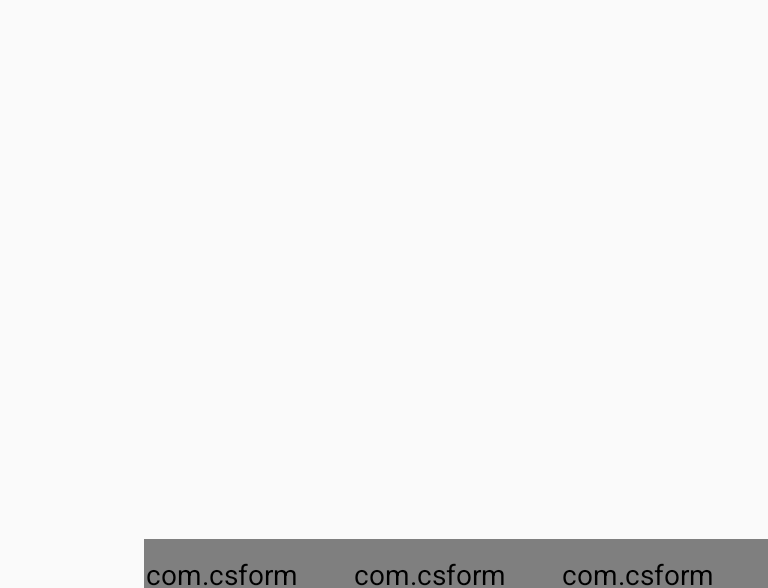
Repository: bhutenthinlay/CrimeHere
Layout: UIAppTemplate/res/layout/list_item_default.xml
The author's editor kept a copy of each file at every save. The layout is drawn from the files as they stood at one save, then again after the next save.
The pictures show rows 0 to 588 of an output 1280 px tall.
Pictures or frames that could not be fetched are drawn as grey boxes. It is drawn on a 768 x 1280 px phone screen (xhdpi) without system bars, with theme AppTheme; the app's code is not run.

Above is the layout before, as saved 2015-05-15 14:29:55.

After the next save:
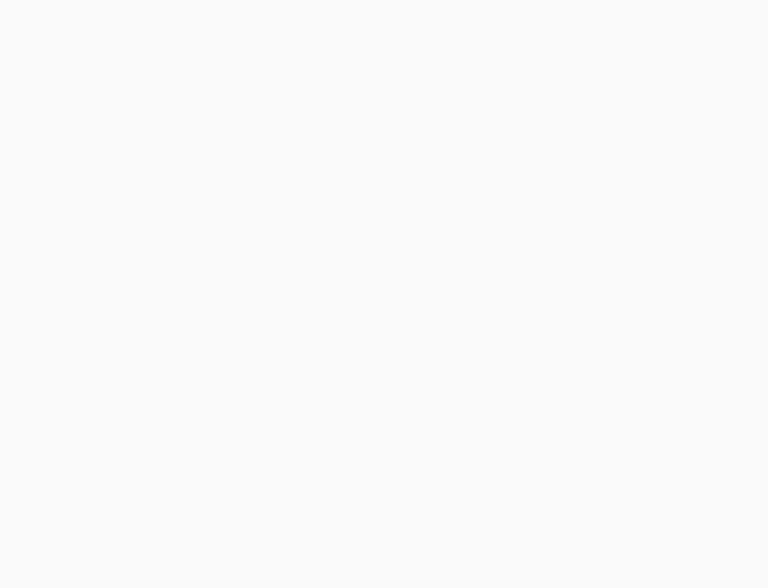
Saved 7 min 8 s later.
--- a/UIAppTemplate/res/layout/list_item_default.xml
+++ b/UIAppTemplate/res/layout/list_item_default.xml
@@ -7,6 +7,13 @@
     android:orientation="horizontal"
     android:background="@drawable/selector_background_empty" >
 
+    <com.csform.android.uiapptemplate.font.FontelloTextView
+            android:id="@+id/icon"
+            style="@style/TextViewAppearance.Title1"
+            android:layout_width="wrap_content"
+            android:layout_height="wrap_content"
+            android:paddingLeft="18dp"
+            android:textColor="@drawable/selector_text_empty" />
     <ImageView
         android:id="@+id/image123"
         android:layout_width="40dp"

After the save that followed:
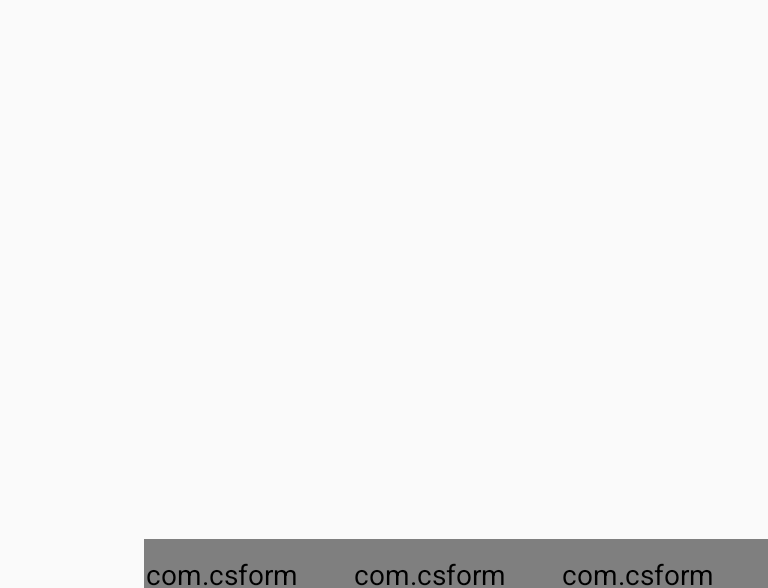
Saved 7 min 40 s later.
--- a/UIAppTemplate/res/layout/list_item_default.xml
+++ b/UIAppTemplate/res/layout/list_item_default.xml
@@ -1,4 +1,5 @@
 <?xml version="1.0" encoding="utf-8"?>
+
 <LinearLayout xmlns:android="http://schemas.android.com/apk/res/android"
     android:layout_width="match_parent"
     android:layout_height="wrap_content"
@@ -6,14 +7,6 @@
     android:minHeight="?android:attr/listPreferredItemHeight"
     android:orientation="horizontal"
     android:background="@drawable/selector_background_empty" >
-
-    <com.csform.android.uiapptemplate.font.FontelloTextView
-            android:id="@+id/icon"
-            style="@style/TextViewAppearance.Title1"
-            android:layout_width="wrap_content"
-            android:layout_height="wrap_content"
-            android:paddingLeft="18dp"
-            android:textColor="@drawable/selector_text_empty" />
     <ImageView
         android:id="@+id/image123"
         android:layout_width="40dp"
